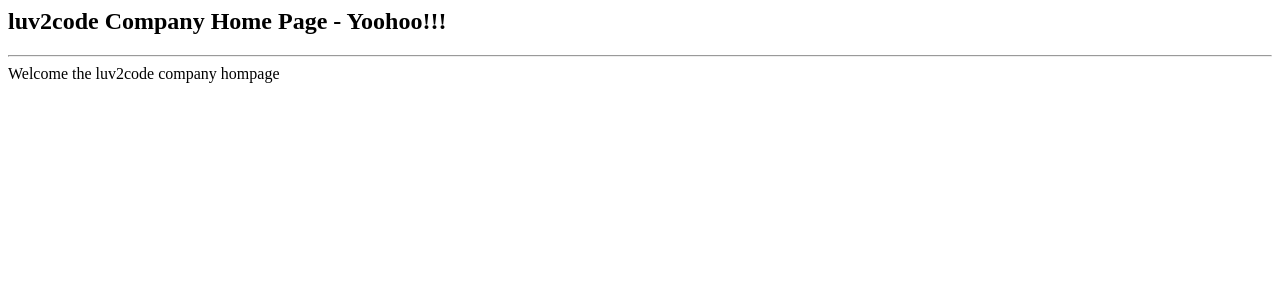
Repository: ldh9282/spring-security
Page: http://localhost/spring-security-demo-05-logout/
An editor plug-in stored every save of this project. The page is shown before and after the next save, followed by the edit.
The browser window is 1280 px wide. The pictures show the whole page.
The page is served by Tomcat 9. Other server files are loaded and not shown.

Above is the page before, as saved 2022-12-16 11:12:20.

### spring-security-demo-05-logout/src/main/webapp/WEB-INF/view/home.jsp
<%@ taglib prefix="form" uri="http://www.springframework.org/tags/form" %>
<%@ taglib prefix="c" uri="http://java.sun.com/jsp/jstl/core" %>

<html>

<head>

	<title>luv2code Company Home Page</title>
</head>
<body>

	<h2>luv2code Company Home Page - Yoohoo!!!</h2>
	<hr>
	Welcome the luv2code company hompage
</body>

</html>

After the next save:
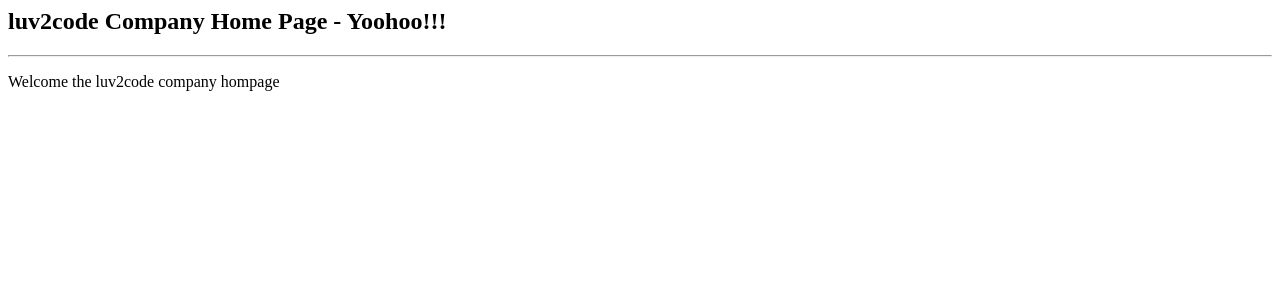
Saved 25 s later.
--- a/spring-security-demo-05-logout/src/main/webapp/WEB-INF/view/home.jsp
+++ b/spring-security-demo-05-logout/src/main/webapp/WEB-INF/view/home.jsp
@@ -11,7 +11,10 @@
 
 	<h2>luv2code Company Home Page - Yoohoo!!!</h2>
 	<hr>
-	Welcome the luv2code company hompage
+
+	<p>
+		Welcome the luv2code company hompage
+	</p>
 </body>
 
 </html>
